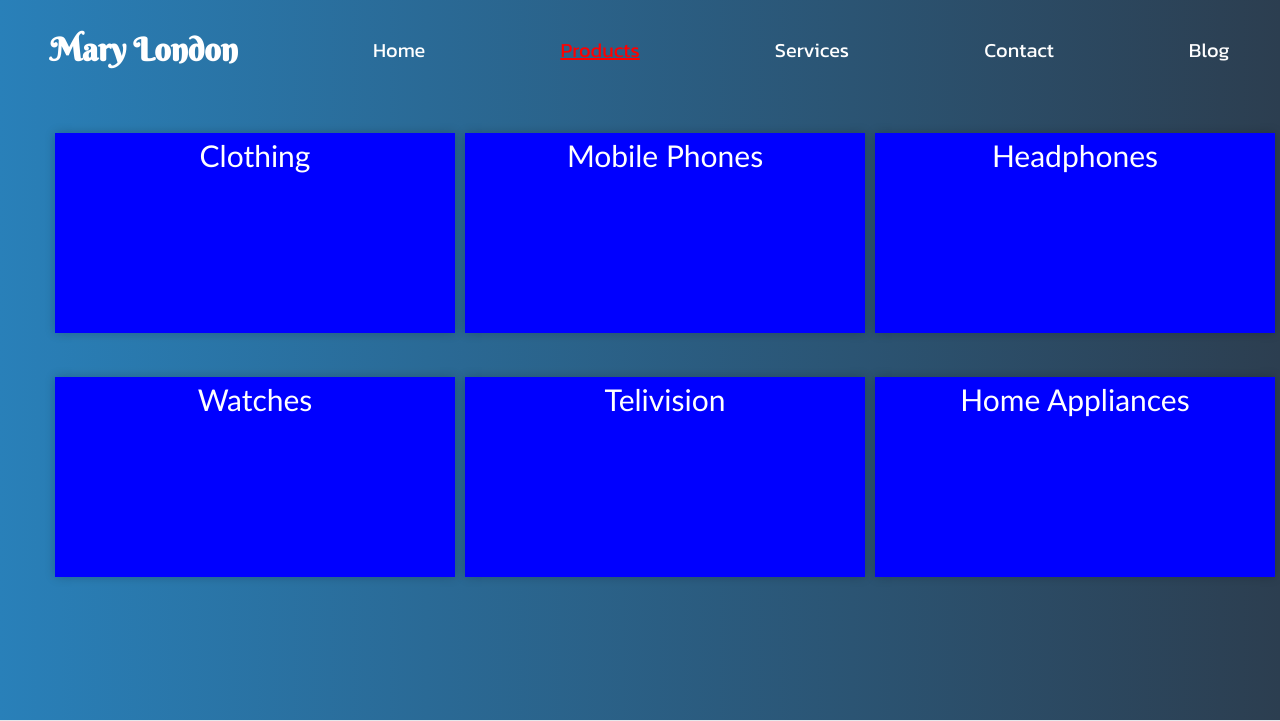
Repository: Habeebur1493/test2
Page: /products
An editor plug-in stored every save of this project. The page is shown before and after the next save, followed by the edit.
The browser window is 1280 px wide. The pictures show the whole page.
The project was rebuilt for these pictures with package versions that can differ from the ones it lists, and the page was loaded fresh each time. Also part of the build but not shown: vite.config.js, src/Frontend/Loader/loaderstyle.css, src/Frontend/Firstpage/Home.jsx, src/Frontend/Firstpage/Services.jsx, src/Frontend/Firstpage/Contact.jsx, src/Frontend/Firstpage/Blog.jsx, src/Frontend/Firstpage/ClothingDetails.jsx.

Above is the page before, as saved 2024-12-27 20:31:27.

### index.html
<!doctype html>
<html lang="en">
  <head>
    <meta charset="UTF-8" />
    <meta name="viewport" content="width=device-width, initial-scale=1.0" />
    <link rel="stylesheet" href="https://fonts.googleapis.com/css2?family=Archivo:ital,wght@0,100..900;1,100..900&display=swap">
    <link href='https://unpkg.com/boxicons@2.1.4/css/boxicons.min.css' rel='stylesheet'>
    <title>MaryLondon</title>
  </head>
  <body>


    <div id="root"></div>
    <script type="module" src="/src/main.jsx"></script>
  </body>
</html>

### src/main.jsx
import { createRoot } from "react-dom/client";
import "./index.css";
import App from "./App";
import FrontendContext from "./context/FrontendContext";
import { BrowserRouter } from "react-router-dom";

createRoot(document.getElementById("root")).render(
  <FrontendContext>
    <BrowserRouter>
      <App />
    </BrowserRouter>
  </FrontendContext>
);

### src/App.jsx
import React from "react";
import { Route, Routes } from "react-router-dom";
import Pageloader from "./Frontend/Loader/PageLoader";
import Page1 from "./Frontend/Firstpage/Page1";
import Home from "./Frontend/Firstpage/Home";
import Products from "./Frontend/Firstpage/Products";
import Services from "./Frontend/Firstpage/Services";
import Contact from "./Frontend/Firstpage/Contact";
import Blog from "./Frontend/Firstpage/Blog";
import Nav from "./Frontend/Firstpage/Nav";
import "./App.css";
import "./Frontend/Firstpage/page1.css";
import "./Frontend/Loader/loaderstyle.css";
import ClothingDetails from "./Frontend/Firstpage/ClothingDetails";




const App = () => {
  const banners = [
    "https://s7ap1.scene7.com/is/image/adityabirlafashion/AS_D_HB_285_11_24_WinterRetreat_V1?resMode=sharp2&wid=1600&hei=642",
    "https://m.media-amazon.com/images/S/aplus-media-library-service-media/a79fdedf-c088-4a27-925a-5948d42135e6.__CR0,0,1464,600_PT0_SX1464_V1___.jpg",
    "https://images.hindustantimes.com/tech/img/2021/10/06/1600x900/IMG-20211005-WA0007_1633522371964_1633522436021.jpg",
    "https://www.sony.co.in/content/dam/sony/contents/regional-FSMC/india/common/homepage/primary-tout/2024/cich-bravia/CICH-Banner_D.jpg",
    "https://www.boat-lifestyle.com/cdn/shop/files/480_Desktop_2_1440x.png?v=1733813003",
    "https://graphicsfamily.com/wp-content/uploads/2020/07/Shoes-Advertising-Banner-Design-Template-1536x864.jpg"
  ];

  return (
    <div>
      <Pageloader />
      <Page1 />
      <Nav />
      <Routes>
        <Route path="/" element={<Home banners ={banners}/>} />
        <Route path="/products" element={<Products />}>
                    <Route
                        path="/products/:category"
                        element={<ClothingDetails />}
                    />
        </Route>
        <Route path="/services" element={<Services />} />
        <Route path="/contact" element={<Contact />} />
        <Route path="/blog" element={<Blog />} />
      </Routes>


    </div>
  );
};

export default App;

### src/context/FrontendContext.jsx
import { createContext, useState } from "react";




export const datacontext = createContext(null);

const FrontendContext = (props) => {
  const [data, setData] = useState("");

return (
  <datacontext.Provider value={[data, setData]}>
    {props.children}
  </datacontext.Provider>
);
};

export default FrontendContext;

### src/Frontend/Loader/PageLoader.jsx
import React, { useState, useEffect } from "react";
import { gsap } from "gsap";
import "./loaderstyle.css";





const App = () => {
  const [showScreen, setShowScreen] = useState(true);

  // Helper function to split text into individual letters
  const splitText = (text) =>
    text.split("").map((char, index) => (
      <span key={index} className="letter">
        {char}
      </span>
    ));

  // Part 1: Animation for spinning letters
  useEffect(() => {
    const letters = document.querySelectorAll(".letter");

    const animation = gsap.fromTo(
      letters,
      { rotationY: 0 },
      {
        rotationY: 360,
        duration: 1,
        repeat: -1,
        ease: "power1.inOut",
        stagger: 0.1,
      }
    );

    return () => {
      animation.kill();
    };
  }, []);

  // Part 2: Screen timeout
  useEffect(() => {
    const timer = setTimeout(() => {
      setShowScreen(false);
    }, 3000);

    return () => clearTimeout(timer);
  }, []);

  return (
    <div>
      {showScreen ? (
        <div className="screen">
          <div className="text-container">
            <div className="text">{splitText("Mary")}</div>
            <div className="loader"></div>
            <div className="text">{splitText("London")}</div>
          </div>
        </div>
      ) : (
        <div>

        </div>
      )}
    </div>
  );
};

export default App;

### src/Frontend/Firstpage/Page1.jsx
import React from "react";
import "./page1.css";


const Page1 = () => {
  return (
    <div className="page1">

    </div>
  );
};

export default Page1;

### src/Frontend/Firstpage/Products.jsx
import "./page1.css";
import {  Link, Outlet } from "react-router-dom";


const Products = () => {
  return (
    <div>
      <div className="container">
        <Link to = "/products/box" className="box1">
          <h1>Clothing</h1>
        </Link>
        <Link className="box2">
          <h1>Mobile Phones</h1>
        </Link>
        <Link className="box3">
          <h1>Headphones</h1>
        </Link>
        <Link className="box4">
          <h1>Watches</h1>
        </Link>
        <Link className="box5">
          <h1>Telivision</h1>
        </Link>
        <Link className="box6">
          <h1>Home Appliances</h1>
        </Link>
      </div>
      <hr />

      <Outlet />
    </div>
  );
};

export default Products;

### src/Frontend/Firstpage/Nav.jsx
import React, { useEffect } from "react";
import { NavLink } from "react-router-dom";
import gsap from "gsap";
import "./page1.css";

const Nav = () => {
  const activeStyle = {
    textDecoration: "underline",
    color: "red",

};

  useEffect(() => {
    const navLinks = document.querySelectorAll("nav a");


    // Animate the navigation links
    gsap.from(navLinks, {
      opacity: 0,
      x: -50,
      duration: 1,
      delay: 4,
      stagger: 0.2, // Adds a delay between each link
    });
  }, []);

  return (
    <nav>
      <h1>Mary London</h1>

      <NavLink to="/" style={({ isActive }) => (isActive ? activeStyle : null)}>
        Home
      </NavLink>
      <NavLink to="/products" style={({ isActive }) => (isActive ? activeStyle : null)}>
        Products
      </NavLink>
      <NavLink to="/services" style={({ isActive }) => (isActive ? activeStyle : null)}>
        Services
      </NavLink>
      <NavLink to="/contact" style={({ isActive }) => (isActive ? activeStyle : null)}>
        Contact
      </NavLink>
      <NavLink to="/blog" style={({ isActive }) => (isActive ? activeStyle : null)}>
        Blog
      </NavLink>
    </nav>
  );
};

export default Nav;

### src/App.css
@import url('https://fonts.googleapis.com/css2?family=Berkshire+Swash&display=swap');



body{
    background-color: #cc9b9b;
}

nav{
    display: flex;
    justify-content: space-between;
    align-items: center;
    padding: 0px 50px;
    background-color: #b9abf700;
    color: #fff;


}
nav ul{
    display: flex;
    list-style: none;
    gap: 10px;
    font-size: 20px;
    padding: 20px;
    font-weight: 600;


}
nav ul li a{
    cursor: pointer;
    text-decoration: none;
    color: #fff;

}


.page1{
    height: 100%;
    width: 100%;

}

.logo{
    display: flex;
    align-items: center;
    margin-top: 20px;
}
.logo img{
    width: 120px;
    height: 120px;
    padding-bottom: 15px;
}

.logo h1{
    font-size: 32px;
    color: black;
    font-weight: 900;
    font-family: Berkshire Swash;
    border-bottom: 5px solid black;
    display: inline-block;
    width: 160px;
    text-align: center;

}

### src/Frontend/Firstpage/page1.css
@import url('https://fonts.googleapis.com/css2?family=Berkshire+Swash&display=swap');
@import url('https://fonts.googleapis.com/css2?family=Kanit:ital,wght@0,100;0,200;0,300;0,400;0,500;0,600;0,700;0,800;0,900;1,100;1,200;1,300;1,400;1,500;1,600;1,700;1,800;1,900&display=swap');



body{
  font-family: "Kanit", serif;
  background-image: linear-gradient(to right, #2980b9,#2c3e50);
}


nav{
    display: flex;
    justify-content: space-evenly;
    align-items: center;
    gap: 10px;
    height: 100px;
    width: 100%;
    font-family: "Kanit", serif;
    position: fixed;
    z-index: 1;
    font-size: 20px;
    color: #fff;
}


.page1{
    height: 100%;
    width: 100%;

}
nav h1{
    font-size: 32px;
    color: #fff;
    font-weight: 900;
    font-family: Berkshire Swash;
    text-align: center;
}

.slider-container {
    position: relative;
    width: 80%;
    height: 600px;
    overflow: hidden;
    margin: 0 auto;
    padding-top: 150px;
}

  .slider-wrapper {
    width: 100%;
    height: 100%;
  }

  .slider-content {
    display: flex;
    transition: transform 0.5s ease-in-out;
    height: 100%;
  }

  .slide {
    width: 100%;
    height: 100%;
    flex-shrink: 0;
  }

  .prev-button,
  .next-button {
    position: absolute;
    top: 60%;
    transform: translateY(-50%);
    background: rgba(238, 236, 236, 0.5);
    color: white;
    border: none;
    padding: 10px 15px;
    cursor: pointer;
    z-index: 1000;
    border-radius: 50%;
}

  .prev-button {
    left: 10px;
  }

  .next-button {
    right: 10px;
  }

  .dots {
    position: absolute;
    bottom: 15px;
    left: 50%;
    transform: translateX(-50%);
    display: flex;
    gap: 5px;
  }

  .dot {
    width: 10px;
    height: 10px;
    background: white;
    border-radius: 50%;
    cursor: pointer;
  }

  .dot.active {
    background: black;
  }


  .container{
    grid-template-rows: 2fr 1fr 1fr;
    grid-template-columns: 1fr 1fr 1fr;
    display: grid;
    justify-items: center;
    align-items: center;
    height: 100vh;
    width: 100%;
    z-index: 1;
    padding-top: 90px;
    padding-left: 50px;

  }

  .container .box1{
    background-color: blue;
    height: 200px;
    width: 400px;
    box-shadow: 0 0 10px rgba(0, 0, 0, 0.2);
    transition: transform 0.3s ease-in-out;
    cursor: pointer;
  }
  .container .box2{
    background-color: blue;
    height: 200px;
    width: 400px;
    box-shadow: 0 0 10px rgba(0, 0, 0, 0.2);
    transition: transform 0.3s ease-in-out;
    cursor: pointer;
  }
  .container .box3{
    background-color: blue;
    height: 200px;
    width: 400px;
    box-shadow: 0 0 10px rgba(0, 0, 0, 0.2);
    transition: transform 0.3s ease-in-out;
    cursor: pointer;
  }
 .container .box4{
    background-color: blue;
    height: 200px;
    width: 400px;
    box-shadow: 0 0 10px rgba(0, 0, 0, 0.2);
    transition: transform 0.3s ease-in-out;
    cursor: pointer;
  }
  .container .box5{
    background-color: blue;
    height: 200px;
    width: 400px;
    box-shadow: 0 0 10px rgba(0, 0, 0, 0.2);
    transition: transform 0.3s ease-in-out;
    cursor: pointer;
  }
  .container .box6{
    background-color: blue;
    height: 200px;
    width: 400px;
    box-shadow: 0 0 10px rgba(0, 0, 0, 0.2);
    transition: transform 0.3s ease-in-out;
    cursor: pointer;


}

  .container .box1:hover{
    transform: scale(1.1);
  }
  .container .box2:hover{
    transform: scale(1.1);
  }
  .container .box3:hover{
    transform: scale(1.1);
  }
  .container .box4:hover{
    transform: scale(1.1);
  }
  .container .box5:hover{
    transform: scale(1.1);
  }
  .container .box6:hover{
    transform: scale(1.1);
  }


  .container h1{
    text-align: center;
    color: #fff;
    font-family: 'Gill Sans', 'Gill Sans MT', Calibri, 'Trebuchet MS', sans-serif;
    font-size: 30px;
  }


  .container1{
    display: flex;
  }

  .column1{
    height: 80%;
    width: 30%;
    background-color: #2980b9;
  }

  .column2{
    height: 80%;
    width: 70%;
    background-color: #2c3e50;
  }

Loaded but not shown: src/index.css (common file); tailwind.config.js (common file)

After the next save:
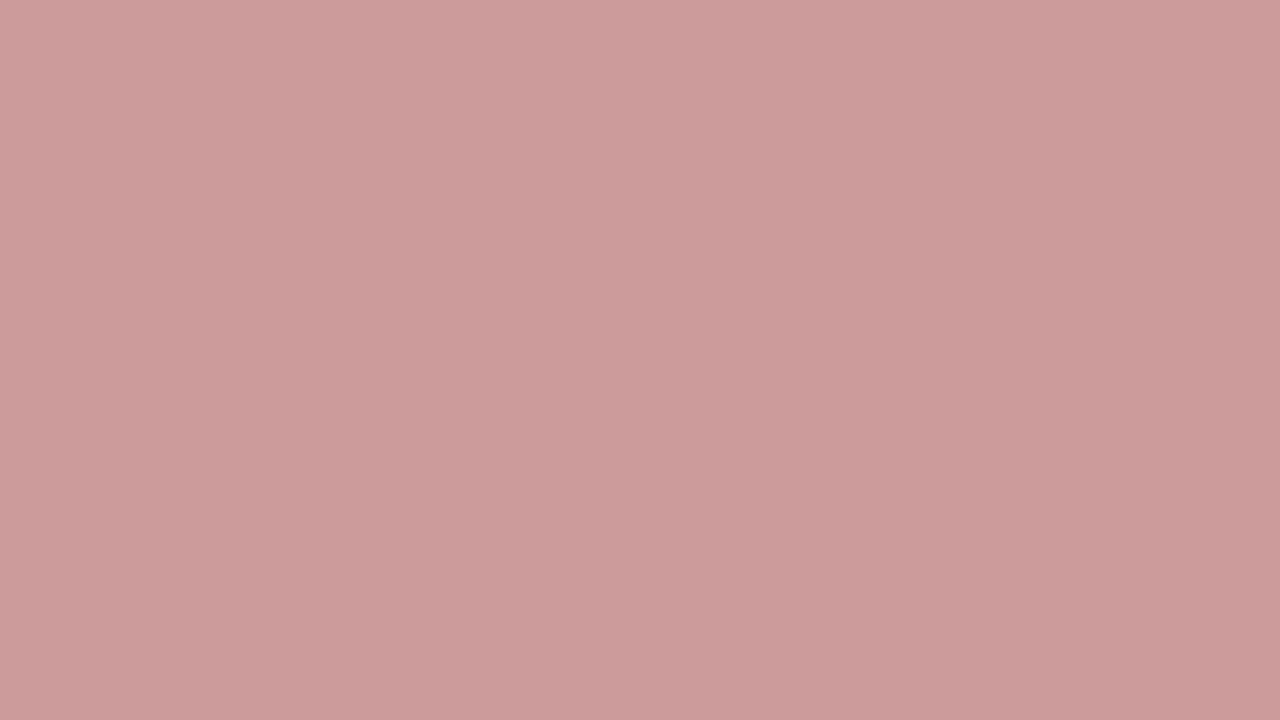
Console error (its wording comes from the project's code and is left out).
Saved 31 s later.
--- a/src/App.jsx
+++ b/src/App.jsx
@@ -35,7 +35,7 @@
         <Route path="/" element={<Home banners ={banners}/>} />
         <Route path="/products" element={<Products />}>
                     <Route
-                        path="/products/:category"
+                        path="/:category"
                         element={<ClothingDetails />}
                     />
         </Route>

After the save that followed:
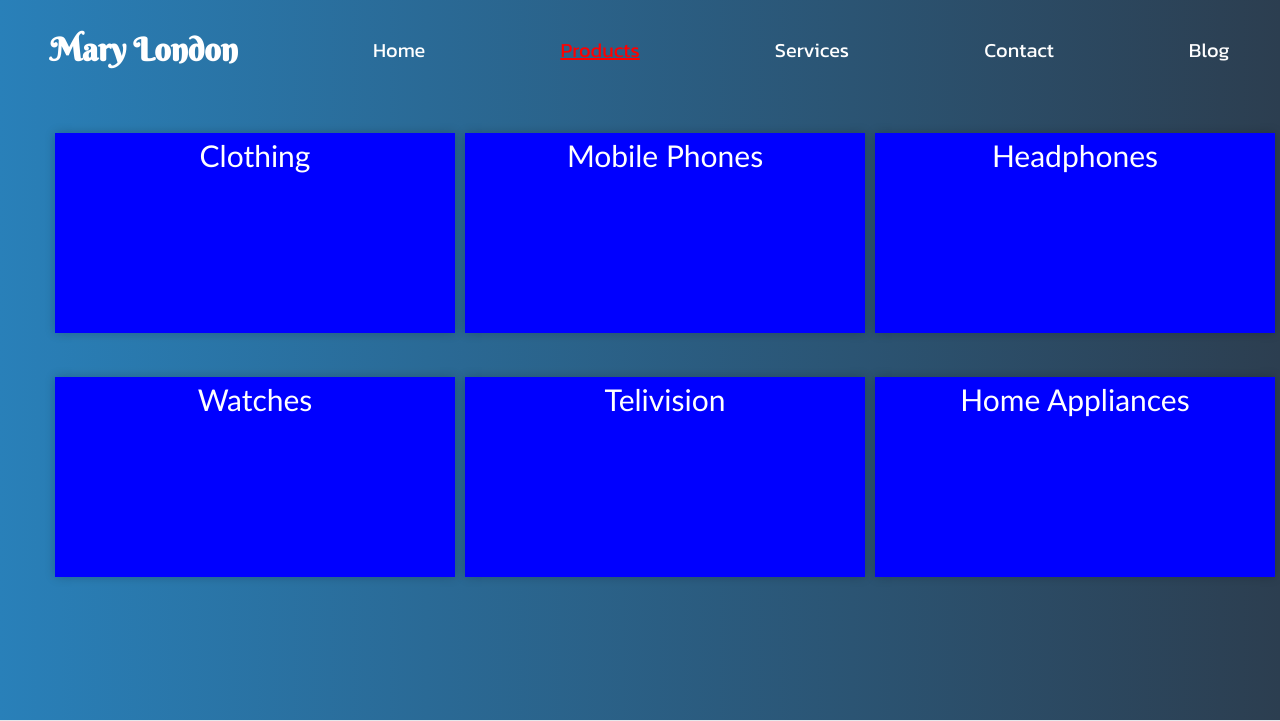
The error is gone.
Saved 31 s later.
--- a/src/App.jsx
+++ b/src/App.jsx
@@ -35,7 +35,7 @@
         <Route path="/" element={<Home banners ={banners}/>} />
         <Route path="/products" element={<Products />}>
                     <Route
-                        path="/:category"
+                        path="/products/:category"
                         element={<ClothingDetails />}
                     />
         </Route>
